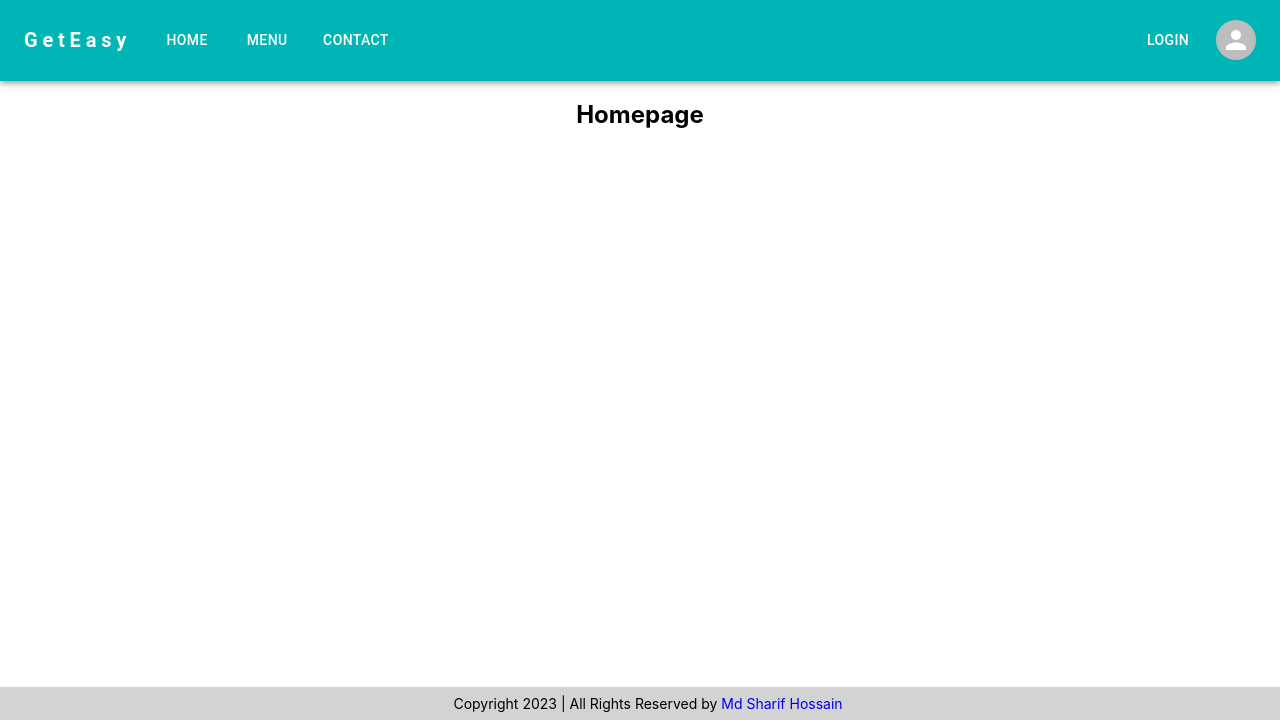
Repository: Sharif-00112/tibiyun-test-frontend
Page: /
An editor plug-in stored every save of this project. The page is shown before and after the next save, followed by the edit.
The browser window is 1280 px wide. The pictures show the whole page.
The project was rebuilt for these pictures with package versions that can differ from the ones it lists, and the page was loaded fresh each time. Also part of the build but not shown: src/Pages/NotFound/NotFound.js, src/Pages/Login/Login/Login.js, src/Pages/Login/Register/Register.js, src/Pages/Dashboard/Dashboard/Dashboard.js, src/Pages/Login/PrivateRoute/PrivateRoute.js. Imported but missing from the stored project, and not drawn on this page: src/hooks/useTitle.

Above is the page before, as saved 2023-08-22 10:37:15.

After the next save:
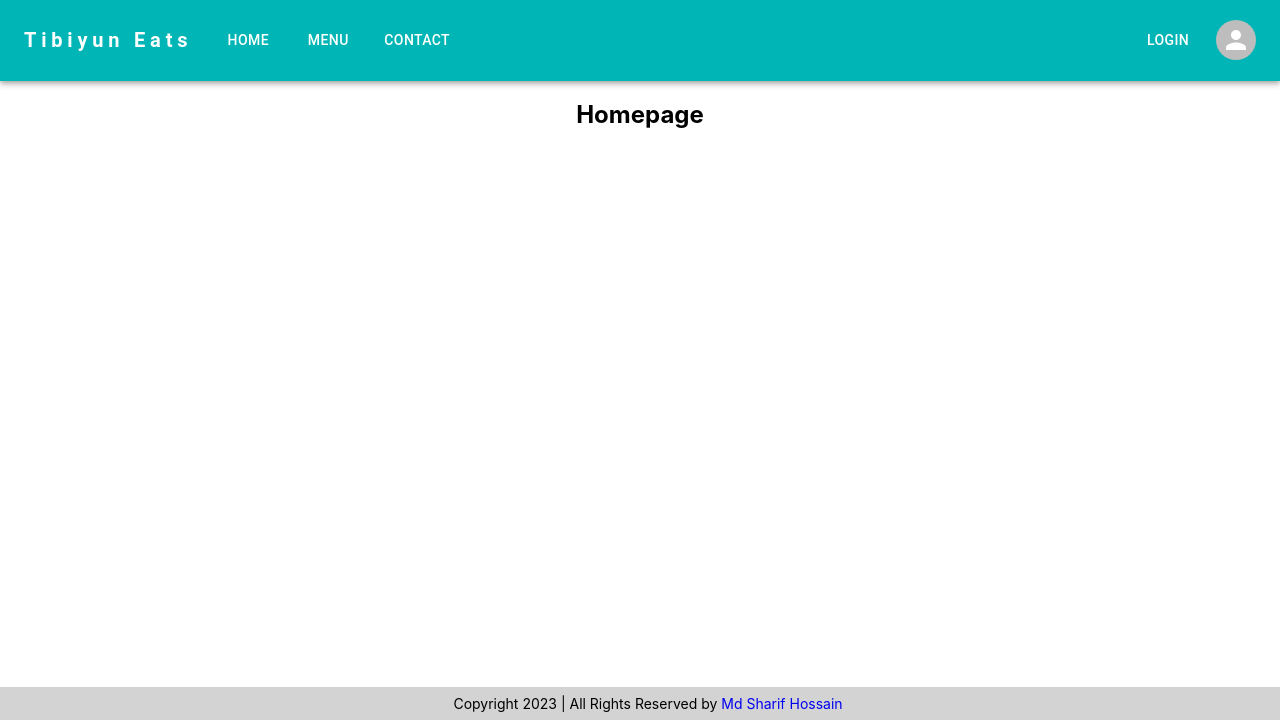
Saved 30 s later.
--- a/src/Pages/Shared/Header/Navbar/Navbar.js
+++ b/src/Pages/Shared/Header/Navbar/Navbar.js
@@ -111,7 +111,7 @@ const Navbar = () => {
                 textDecoration: 'none',
               }}
             >
-              GetEasy
+              Tibiyun Eats
             </Typography>
 
             <Box sx={{ flexGrow: 1, display: { xs: 'flex', md: 'none' } }}>
@@ -167,7 +167,7 @@ const Navbar = () => {
                 textDecoration: 'none',
               }}
             >
-              GetEasy
+              Tibiyun Eats
             </Typography>
             <Box sx={{ flexGrow: 1, display: { xs: 'none', md: 'flex' } }}>
               {pages.map((page) => (
